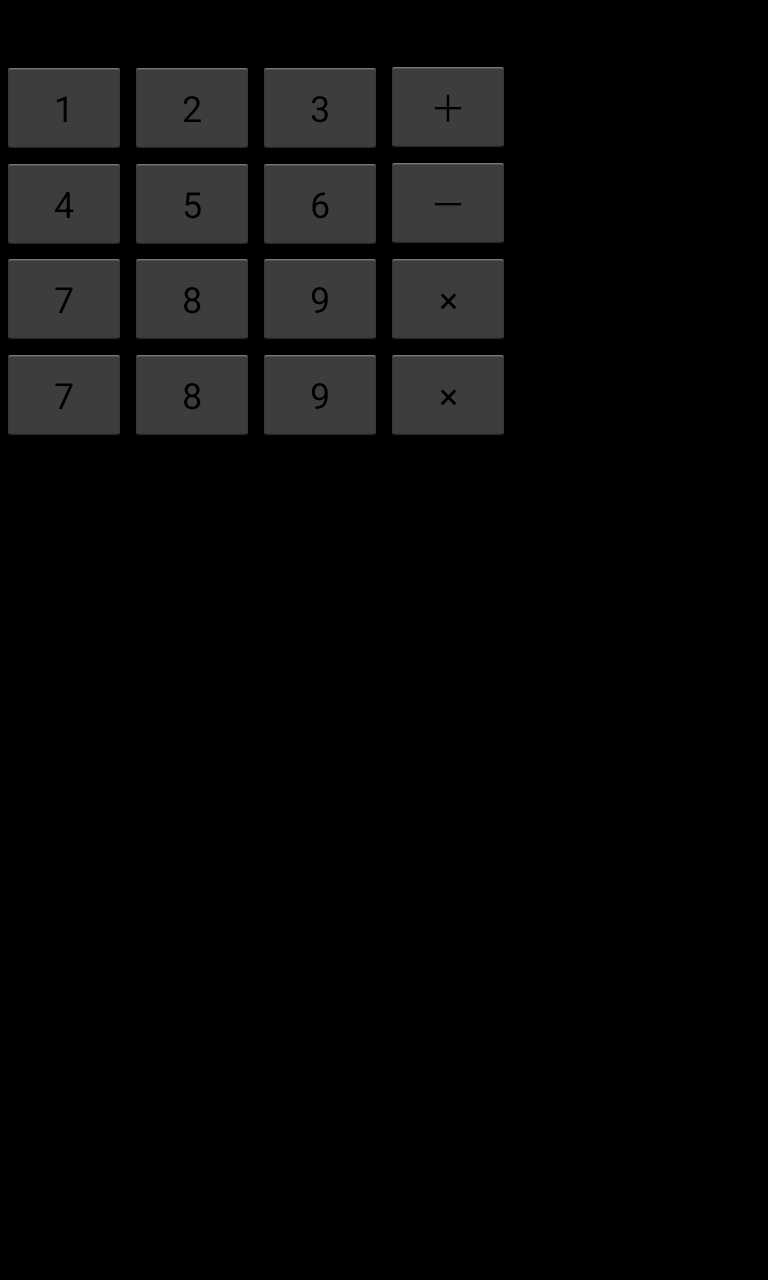
Repository: moetmd/learning-Android
Layout: Calculator/res/layout/activity_main.xml
An editor plug-in stored every save of this project. The layout is shown before and after the next save, followed by the edit.
It is drawn on a 768 x 1280 px phone screen (xhdpi) without system bars, with theme AppTheme; the app's code is not run.

Above is the layout before, as saved 2014-11-19 12:54:20.

### Calculator/res/layout/activity_main.xml
<FrameLayout xmlns:android="http://schemas.android.com/apk/res/android"
    xmlns:tools="http://schemas.android.com/tools"
    android:id="@+id/container"
    android:background="#000"
    android:layout_width="match_parent"
    android:layout_height="match_parent"
    tools:context="com.niit.calculator.MainActivity"
    tools:ignore="MergeRootFrame" >

    <LinearLayout
        android:layout_width="match_parent"
        android:layout_height="match_parent"
        android:orientation="vertical" >


        <!-- 屏幕    独占一行 -->
        <TextView
            android:id="@+id/textView1"
            android:layout_width="match_parent"
            android:layout_height="wrap_content"
            android:text="Large Text"
            android:textAppearance="?android:attr/textAppearanceLarge" />

        <!-- 第一行数字键 -->
        <LinearLayout
            android:layout_width="match_parent"
            android:layout_height="wrap_content" >
            <Button
                android:id="@+id/button1"
                android:layout_width="wrap_content"
                android:layout_height="wrap_content"
                android:text="1" />

            <Button
                android:id="@+id/button2"
                android:layout_width="wrap_content"
                android:layout_height="wrap_content"
                android:text="2" />

            <Button
                android:id="@+id/button3"
                android:layout_width="wrap_content"
                android:layout_height="wrap_content"
                android:text="3" />

            <Button
                android:id="@+id/button4"
                android:layout_width="wrap_content"
                android:layout_height="wrap_content"
                android:text="＋" />
        </LinearLayout>
        <!-- 第一行数字键结束 -->

       	<!-- 第二行数字键 -->
        <LinearLayout
            android:layout_width="match_parent"
            android:layout_height="wrap_content" >
            <Button
                android:id="@+id/button1"
                android:layout_width="wrap_content"
                android:layout_height="wrap_content"
                android:text="4" />

            <Button
                android:id="@+id/button2"
                android:layout_width="wrap_content"
                android:layout_height="wrap_content"
                android:text="5" />

            <Button
                android:id="@+id/button3"
                android:layout_width="wrap_content"
                android:layout_height="wrap_content"
                android:text="6" />

            <Button
                android:id="@+id/button4"
                android:layout_width="wrap_content"
                android:layout_height="wrap_content"
                android:text="－" />
        </LinearLayout>
        <!-- 第二行数字键结束 -->

        <!-- 第三行数字键 -->
        <LinearLayout
            android:layout_width="match_parent"
            android:layout_height="wrap_content" >
            <Button
                android:id="@+id/button1"
                android:layout_width="wrap_content"
                android:layout_height="wrap_content"
                android:text="7" />

            <Button
                android:id="@+id/button2"
                android:layout_width="wrap_content"
                android:layout_height="wrap_content"
                android:text="8" />

            <Button
                android:id="@+id/button3"
                android:layout_width="wrap_content"
                android:layout_height="wrap_content"
                android:text="9" />

            <Button
                android:id="@+id/button4"
                android:layout_width="wrap_content"
                android:layout_height="wrap_content"
                android:text="×" />
        </LinearLayout>
        <!-- 第三行数字键结束 -->

        <!-- 第四行数字键 -->
        <LinearLayout
            android:layout_width="match_parent"
            android:layout_height="wrap_content" >

            <Button
                android:id="@+id/button1"
                android:layout_width="wrap_content"
                android:layout_height="wrap_content"
                android:text="7" />

            <Button
                android:id="@+id/button2"
                android:layout_width="wrap_content"
                android:layout_height="wrap_content"
                android:text="8" />

            <Button
                android:id="@+id/button3"
                android:layout_width="wrap_content"
                android:layout_height="wrap_content"
                android:text="9" />

            <Button
                android:id="@+id/button4"
                android:layout_width="wrap_content"
                android:layout_height="wrap_content"
                android:text="×" />
        </LinearLayout>
        <!-- 第四行数字键结束 -->

    </LinearLayout>

</FrameLayout>

Loaded but not shown: Calculator/res/values/styles.xml (common file); Calculator/res/values-v11/styles.xml (common file); Calculator/res/values-v14/styles.xml (common file)

After the next save:
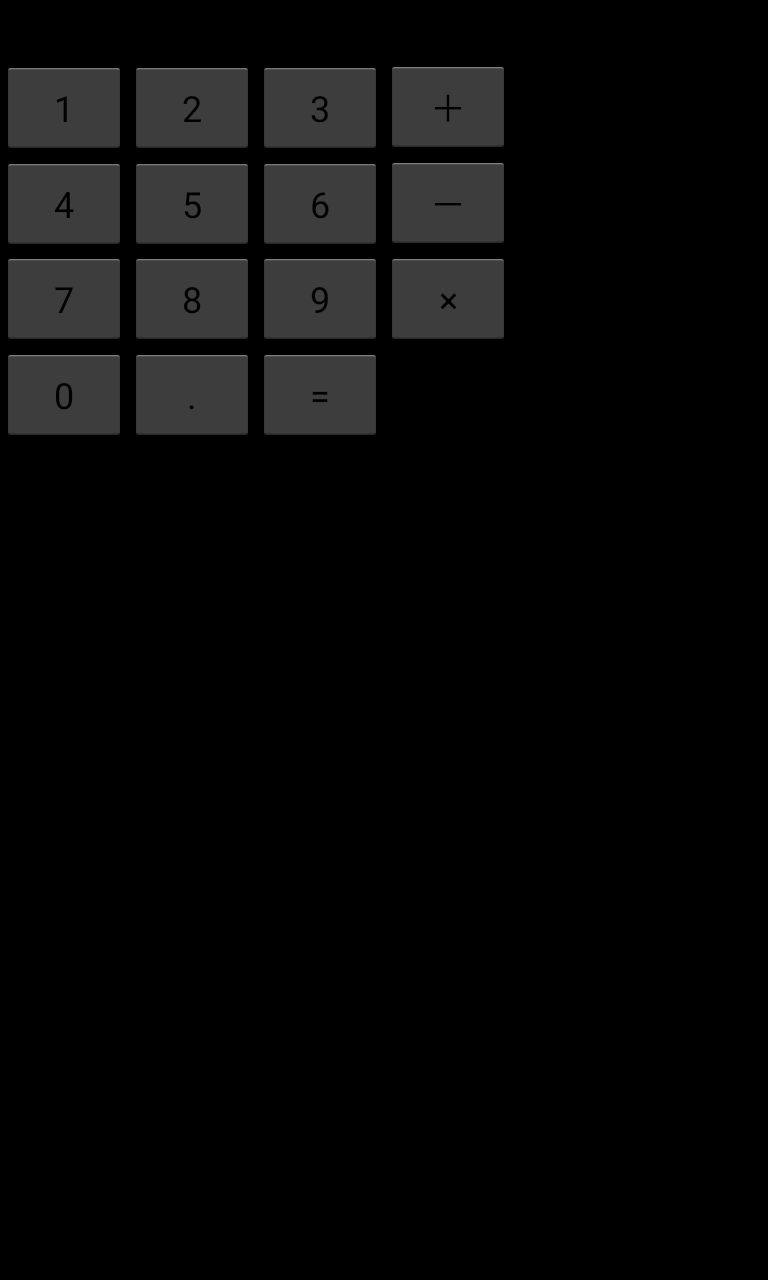
Saved 49 s later.
--- a/Calculator/res/layout/activity_main.xml
+++ b/Calculator/res/layout/activity_main.xml
@@ -120,25 +120,19 @@
                 android:id="@+id/button1"
                 android:layout_width="wrap_content"
                 android:layout_height="wrap_content"
-                android:text="7" />
+                android:text="0" />
 
             <Button
                 android:id="@+id/button2"
                 android:layout_width="wrap_content"
                 android:layout_height="wrap_content"
-                android:text="8" />
+                android:text="." />
 
             <Button
                 android:id="@+id/button3"
                 android:layout_width="wrap_content"
                 android:layout_height="wrap_content"
-                android:text="9" />
-
-            <Button
-                android:id="@+id/button4"
-                android:layout_width="wrap_content"
-                android:layout_height="wrap_content"
-                android:text="×" />
+                android:text="=" />
         </LinearLayout>
         <!-- 第四行数字键结束 -->
 
